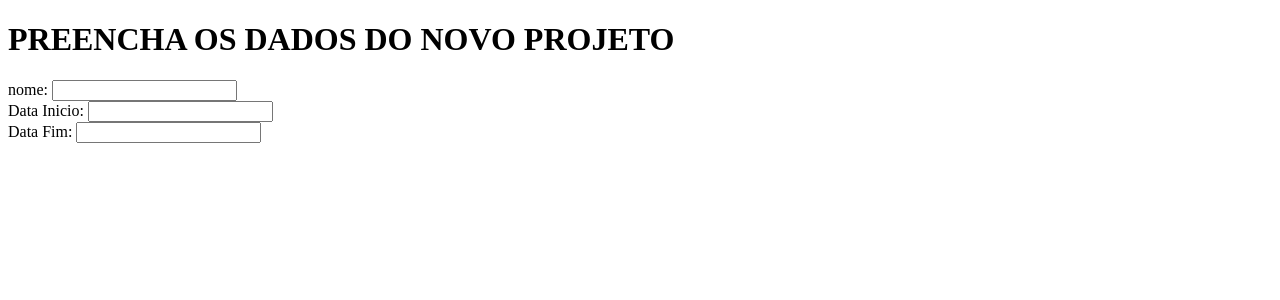
Repository: OmagnetFirel/basico-javaweb
Page: http://localhost/DEVManager/frmCadastrarProjeto.jsp
These files come from the project's save history. The page is drawn as it stood at one moment and after the next save; the edit follows.
The browser window is 1280 px wide. The pictures show the whole page.
The page is served by Tomcat 9. Other server files are loaded and not shown.

Above is the page before, as saved 2023-04-23 15:06:35.

### DEVManager/src/main/webapp/frmCadastrarProjeto.jsp
<%@ page language="java" contentType="text/html; charset=ISO-8859-1"
    pageEncoding="ISO-8859-1"%>
    <%@ taglib uri="http://java.sun.com/jsp/jstl/core" prefix="c" %>

<!DOCTYPE html>
<html>
<head>
<meta charset="ISO-8859-1">
<title>DM - Cadastrar novo projeto</title>
</head>
<body>
	<h1>PREENCHA OS DADOS DO NOVO PROJETO</h1>
	<form action="CadastrarNovoProjeto" method="GET">
		<label for="nome">nome:</label>
		<input type="text" required id="nome" name="nome" /><br>
		<label for="nome">Data Inicio:</label>
		<input type="text" required id="data_inicio" name="data_inicio" /><br>
		<label for="nome">Data Fim:</label>
		<input type="text" required id="data_fim" name="data_fim" /><br>
	</form>
</body>
</html>

After the next save:
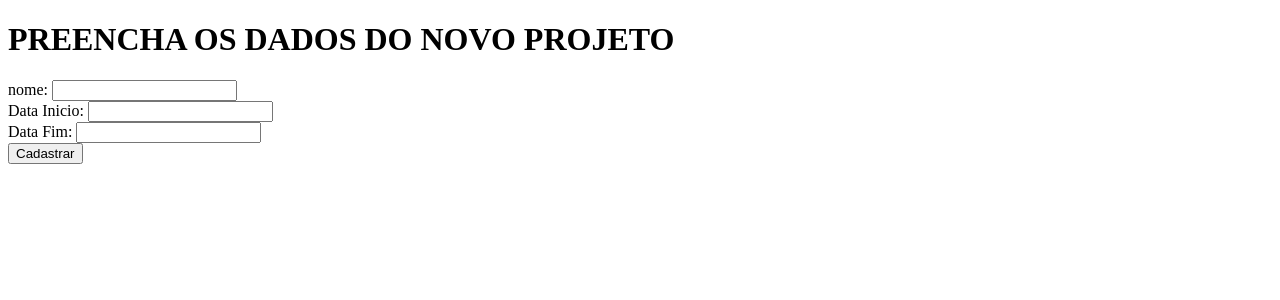
Saved 27 s later.
--- a/DEVManager/src/main/webapp/frmCadastrarProjeto.jsp
+++ b/DEVManager/src/main/webapp/frmCadastrarProjeto.jsp
@@ -17,6 +17,8 @@
 		<input type="text" required id="data_inicio" name="data_inicio" /><br>
 		<label for="nome">Data Fim:</label>
 		<input type="text" required id="data_fim" name="data_fim" /><br>
+
+		<input type="submit" value="Cadastrar">
 	</form>
 </body>
 </html>
